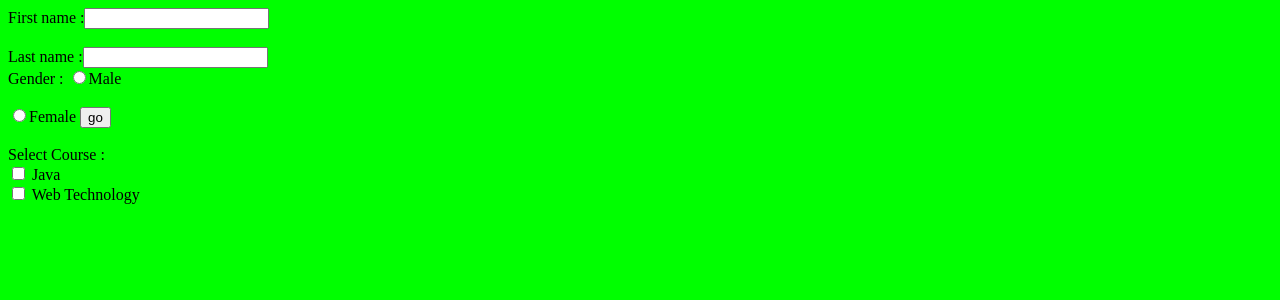
Repository: akale1992/Learning-HIBERNATE-SERVLETS
Page: jspdemo/WebContent/Welcome.html
These files come from the project's save history. The page is drawn as it stood at one moment and after the next save; the edit follows.
The browser window is 1280 px wide. The pictures show the whole page.

Above is the page before, as saved 2015-09-15 04:45:34.

After the next save:
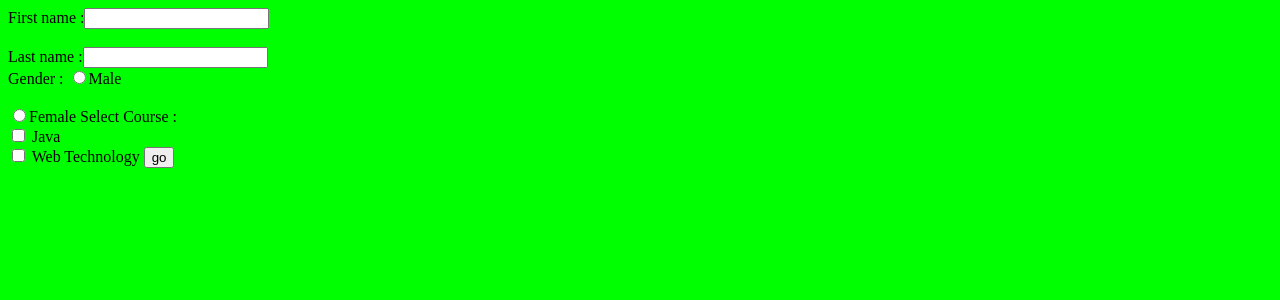
Saved 47 s later.
--- a/jspdemo/WebContent/Welcome.html
+++ b/jspdemo/WebContent/Welcome.html
@@ -10,9 +10,10 @@ First name :<input type="text" name="fname"><br><br>
 Last name  :<input type="text" name="lname"><br>
 Gender : <input type="radio" value="male" name="r1">Male<br><br>
 <input type="radio" value="Female" name="r1">Female
-<input type="submit" value="go"><br><br>
+
 Select Course : <br> <input type="checkbox" name="c1" value="java"> Java<br>
  <input type="checkbox" name="web " value="web" name="web"> Web Technology
+ <input type="submit" value="go"><br><br>
 </form>
 
 </body>
